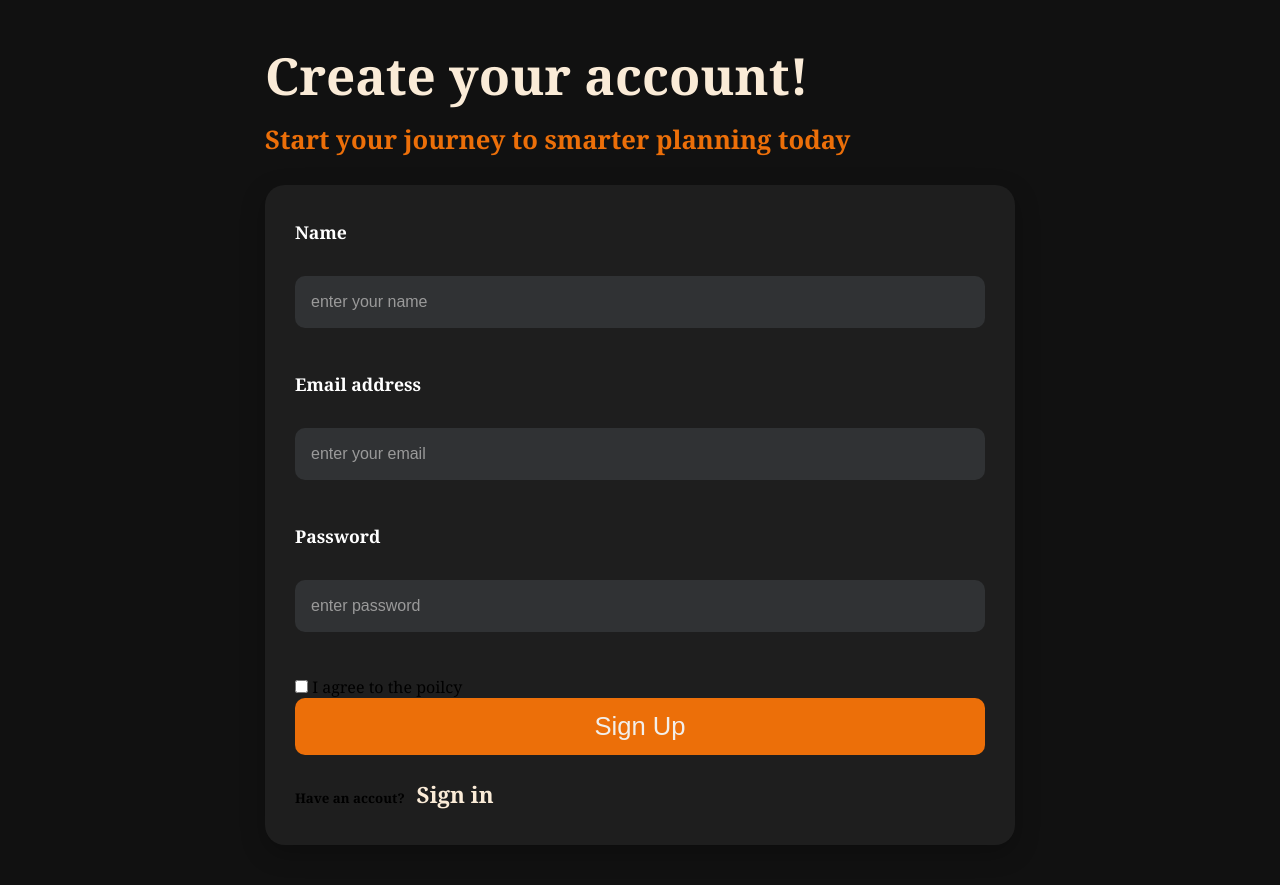
Repository: HaifaBaderBinDuhaim/web
Page: Frontend/register.html
An editor plug-in stored every save of this project. The page is shown before and after the next save, followed by the edit.
The browser window is 1280 px wide. The pictures show the whole page.

Above is the page before, as saved 2026-04-07 02:26:22.

### Frontend/register.html
<!doctype html>
<html lang="en">
  <head>
    <meta charset="UTF-8" />
    <title>Smart study planner</title>
    <link rel="stylesheet" href="styleLogin.css" />
  </head>
  <body class="body">
    <article class="register">
      <h1 class="header1">Create your account!</h1>
      <h3 class="quote">Start your journey to smarter planning today</h3>
      <nav class="background">
        <form>
          <label for="name" class="labels">Name</label><br />
          <input
            id="name"
            name="name"
            type="text"
            class="whiteButton"
            placeholder="enter your name"
          />
          <br />
          <br />
          <lable for="email" class="labels">Email address</lable><br />
          <input
            id="email"
            name="email"
            type="text"
            placeholder="enter your email"
            class="whiteButton"
          /><br />
          <br />
          <lable for="password" class="labels">Password</lable><br />
          <input
            id="password"
            name="password"
            type="password"
            placeholder="enter password"
            class="whiteButton"
          /><br />
          <br />
          <input type="checkbox" id="agreement" />
          <lable for="agreement"> I agree to the poilcy </lable>
        </form>
        <button id="Sign Up" name="Sign Up" class="button">Sign Up</button>

        <h5>
          Have an accout?<a
            href="logIn.html"
            alt="sign up"
            target="_blank"
            class="sign-up"
          >
            Sign in</a
          >
        </h5>
      </nav>
    </article>
    <!-- <img
      src="studying .png"
      alt="studying"
      height="700"
      width="700"
      class="image"
    /> -->
  </body>
</html>

### Frontend/styleLogin.css
* {
  margin: 0;
  padding: 0;
  box-sizing: border-box;
}

body,
.body {
  min-height: 100vh;
  display: flex;
  justify-content: center;
  align-items: center;
  background-color: #111111;
  padding: 40px 20px;
  font-family: Georgia, "Times New Roman", serif;
}

.register {
  width: 100%;
  max-width: 750px;
}

.header1 {
  color: antiquewhite;
  font-size: clamp(2rem, 4vw, 3.5rem);
  margin-bottom: 12px;
}

.quote {
  color: #ec6f09;
  font-size: clamp(1.1rem, 2vw, 2rem);
  margin-bottom: 28px;
}

.background {
  width: 100%;
  background-color: #1e1e1e;
  border-radius: 20px;
  padding: 35px 30px;
  box-shadow: 0 8px 25px rgba(0, 0, 0, 0.25);
}

.form {
  width: 100%;
}

.labels {
  display: block;
  margin-bottom: 10px;
  color: #ffffff;
  font-weight: bold;
  font-size: 1.1rem;
}

.whiteButton {
  width: 100%;
  min-height: 52px;
  background-color: #303234;
  border-radius: 10px;
  border: none;
  color: antiquewhite;
  padding: 0 16px;
  font-size: 1rem;
  margin-bottom: 22px;
}

.whiteButton::placeholder {
  color: #9a9a9a;
}

.whiteButton:focus {
  outline: 2px solid #ec6f09;
}

.check-row {
  display: flex;
  align-items: center;
  gap: 10px;
  margin-bottom: 24px;
  flex-wrap: wrap;
}

.check-label {
  color: antiquewhite;
  font-size: 1rem;
}

.button {
  width: 100%;
  background-color: #ec6f09;
  padding: 14px 20px;
  border: none;
  border-radius: 10px;
  color: rgb(242, 239, 235);
  font-size: 1.6rem;
  cursor: pointer;
  transition: 0.3s ease;
  margin-bottom: 24px;
}

.button:hover {
  background-color: #ff7d12;
}

.account-text {
  color: antiquewhite;
  font-size: 1rem;
}

.sign-up {
  font-size: 1.4rem;
  text-decoration: none;
  color: antiquewhite;
  font-weight: bold;
  margin-left: 6px;
}

.sign-up:hover {
  text-decoration: underline;
  color: #ffffff;
}

/* Tablet */
@media (max-width: 768px) {
  .register {
    max-width: 600px;
  }

  .background {
    padding: 28px 22px;
  }

  .button {
    font-size: 1.3rem;
  }
}

/* Mobile */
@media (max-width: 480px) {
  body,
  .body {
    padding: 25px 14px;
  }

  .background {
    padding: 22px 16px;
    border-radius: 16px;
  }

  .labels {
    font-size: 1rem;
  }

  .whiteButton {
    min-height: 46px;
    font-size: 0.95rem;
  }

  .button {
    font-size: 1.1rem;
    padding: 12px;
  }

  .sign-up {
    font-size: 1.1rem;
  }
}
/*
styling for sidebar
======================================================================*/

.body-sidebare {
  background-color: #111111;
  font-family: Arial, sans-serif;
  min-height: 100vh;
  padding: 30px;
}

.sidebar {
  width: 260px;
  min-height: 100vh;
  background-color: #1e1e1e;
  color: white;
  padding: 25px 18px;
  border-radius: 20px;
}

.logo {
  display: flex;
  align-items: center;
  gap: 12px;
  margin-bottom: 35px;
  font-size: 28px;
  font-weight: bold;
}

.logo svg {
  width: 22px;
  height: 22px;
  color: #b197fc;
}

.menu {
  display: flex;
  flex-direction: column;
  gap: 8px;
}

.item {
  display: flex;
  align-items: center;
  gap: 12px;
  padding: 12px 14px;
  border-radius: 12px;
  cursor: pointer;
  transition: 0.3s;
  color: #d1d1d1;
}

.item:hover {
  background-color: #2a2a2a;
  color: white;
}

.item svg {
  width: 20px;
  height: 20px;
}
.link {
  text-decoration: none;
  color: antiquewhite;
}
.link:hover {
  text-decoration: underline;
  font-size: 17px;
}

/* ======================================================================================= */

After the next save:
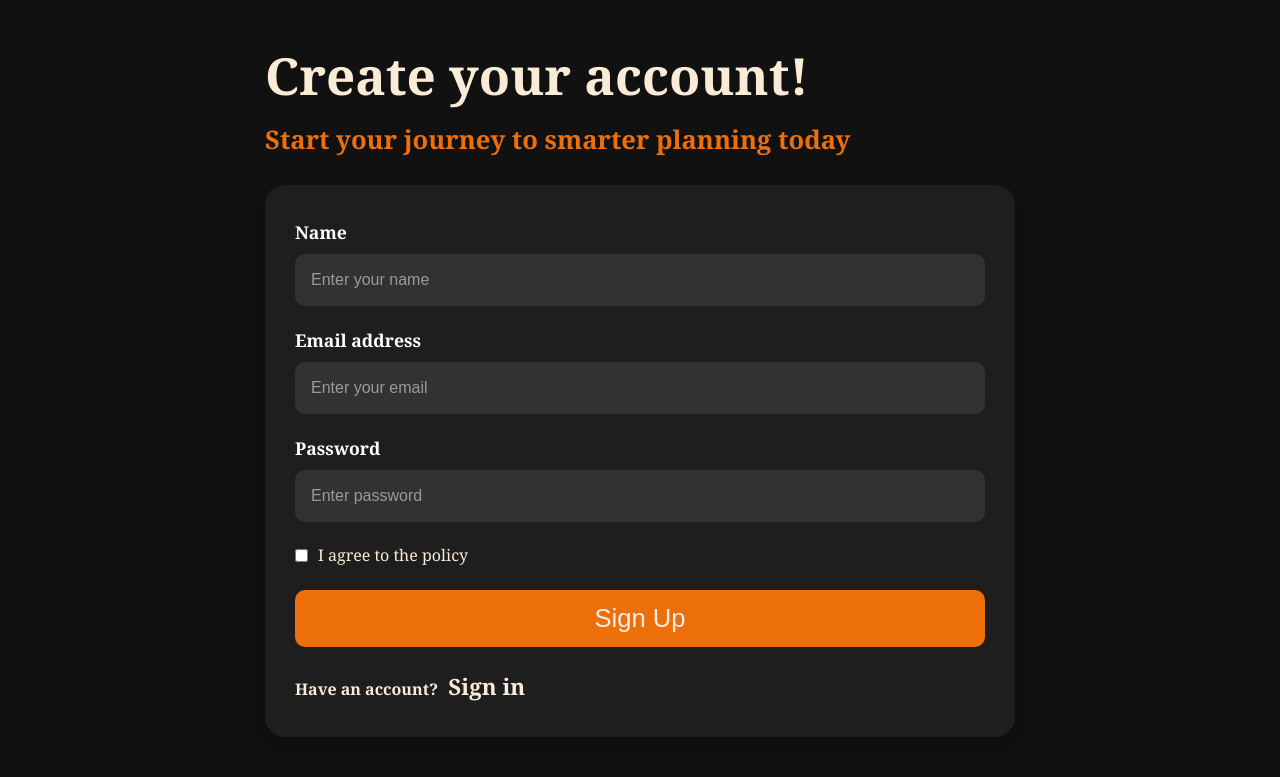
Saved 49 s later.
--- a/Frontend/register.html
+++ b/Frontend/register.html
@@ -2,66 +2,59 @@
 <html lang="en">
   <head>
     <meta charset="UTF-8" />
-    <title>Smart study planner</title>
+    <meta name="viewport" content="width=device-width, initial-scale=1.0" />
+    <title>Smart Study Planner</title>
     <link rel="stylesheet" href="styleLogin.css" />
   </head>
   <body class="body">
     <article class="register">
       <h1 class="header1">Create your account!</h1>
       <h3 class="quote">Start your journey to smarter planning today</h3>
-      <nav class="background">
-        <form>
-          <label for="name" class="labels">Name</label><br />
+
+      <section class="background">
+        <form class="form">
+          <label for="name" class="labels">Name</label>
           <input
             id="name"
             name="name"
             type="text"
             class="whiteButton"
-            placeholder="enter your name"
+            placeholder="Enter your name"
           />
-          <br />
-          <br />
-          <lable for="email" class="labels">Email address</lable><br />
+
+          <label for="email" class="labels">Email address</label>
           <input
             id="email"
             name="email"
-            type="text"
-            placeholder="enter your email"
+            type="email"
+            placeholder="Enter your email"
             class="whiteButton"
-          /><br />
-          <br />
-          <lable for="password" class="labels">Password</lable><br />
+          />
+
+          <label for="password" class="labels">Password</label>
           <input
             id="password"
             name="password"
             type="password"
-            placeholder="enter password"
+            placeholder="Enter password"
             class="whiteButton"
-          /><br />
-          <br />
-          <input type="checkbox" id="agreement" />
-          <lable for="agreement"> I agree to the poilcy </lable>
+          />
+
+          <div class="check-row">
+            <input type="checkbox" id="agreement" />
+            <label for="agreement" class="check-label"
+              >I agree to the policy</label
+            >
+          </div>
+
+          <button type="submit" class="button">Sign Up</button>
+
+          <h5 class="account-text">
+            Have an account?
+            <a href="logIn.html" target="_blank" class="sign-up">Sign in</a>
+          </h5>
         </form>
-        <button id="Sign Up" name="Sign Up" class="button">Sign Up</button>
-
-        <h5>
-          Have an accout?<a
-            href="logIn.html"
-            alt="sign up"
-            target="_blank"
-            class="sign-up"
-          >
-            Sign in</a
-          >
-        </h5>
-      </nav>
+      </section>
     </article>
-    <!-- <img
-      src="studying .png"
-      alt="studying"
-      height="700"
-      width="700"
-      class="image"
-    /> -->
   </body>
 </html>
